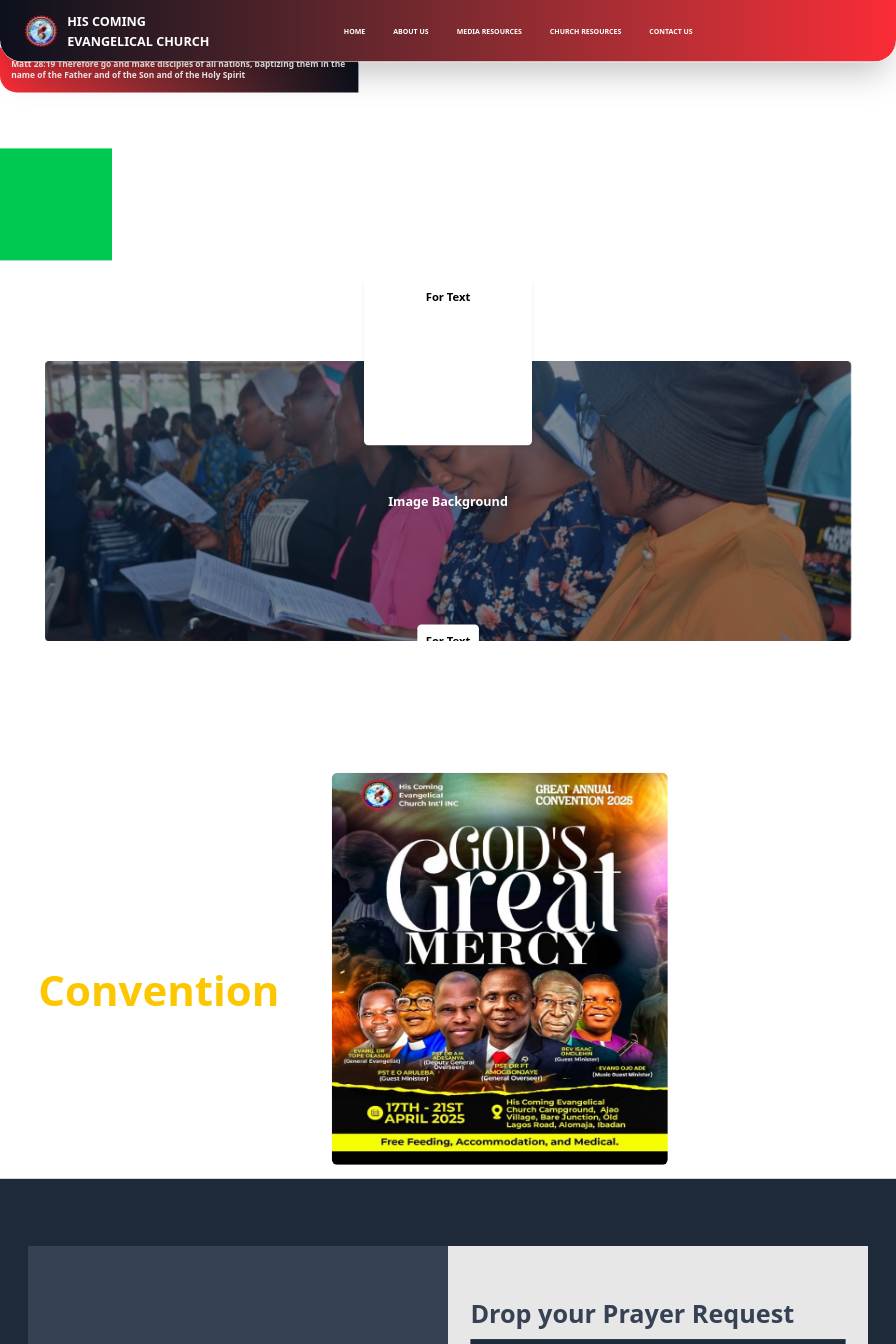
Repository: EmmyDunny1/HCEC-Website
Page: /
An editor plug-in stored every save of this project. The page is shown before and after a run of saves, followed by the edit.
The browser window is 1280 px wide. The pictures show the part of the page from y = 0 to 1920 px (the page is 2832 px tall), at 70% of full size.
The project was rebuilt for these pictures with package versions that can differ from the ones it lists, and the page was loaded fresh each time. The framework's server and built-in components were replaced by stand-ins that run in the browser. Also part of the build but not shown: next.config.ts.

Above is the page before, as saved 2025-07-22 12:20:52.

### app/layout.tsx
import type { Metadata } from "next";
import { Geist, Geist_Mono } from "next/font/google";
import "./globals.css";

const geistSans = Geist({
  variable: "--font-geist-sans",
  subsets: ["latin"],
});

const geistMono = Geist_Mono({
  variable: "--font-geist-mono",
  subsets: ["latin"],
});

export const metadata: Metadata = {
  title: "Official HCEC Website",
  description: "His Coming Evangelical Church Website",
};

export default function RootLayout({
  children,
}: Readonly<{
  children: React.ReactNode;
}>) {
  return (
    <html lang="en">
    <head>
      <link rel="icon" href="/public/assets/HCEC_LOGO.png" />
    </head>
      <body
        className={`${geistSans.variable} ${geistMono.variable} antialiased`}
      >

        {children}
        {/* Footer Component */}
      </body>
    </html>
  );
}

### app/page.tsx

import Navbar from "./components/Navbar";
import Homepage from './Home-page/Homepage';
import Footer from "./components/Footer";


export default function Home() {
  return (
    <div className="justify-center">

       {/* Navbar Component */}
       <Navbar />
      <Homepage />
      <Footer />


    </div>
  );
}

### app/components/Navbar.tsx
"use client";

import React from "react";
import Image from "next/image";
import Link from "next/link";
import { BiMenuAltRight } from "react-icons/bi";

type NavItem = {
  label?: string;
  link?: string;
  children?: NavItem[];
};

type NavbarProps = {
  navItems?: NavItem[];
  churchName?: string;
};

const defaultNavItems: NavItem[] = [
  { label: "HOME", link: "#", children: [{ label: "Upcoming Events", link: "Home-page/Upcoming-Programs" }, { label: "Prayer Requests", link: "Home-page/Prayer-Request" }] },
  { label: "ABOUT US", link: "#", children: [{ label: "Our History", link: "About-Us/our-history" }, { label: "Mission and Vision", link: "About-Us/mission-and-vision" }, { label: "Our Beliefs", link: "About-Us/our-beliefs" }] },
  { label: "MEDIA RESOURCES", link: "#", children: [{ label: "Our Audio & Video Resources", link: "/Media-Resources" },] },
  { label: "CHURCH RESOURCES", link: "#", children: [{ label: "Gospel Hymnal", link: "#" }, { label: "Honey From The Rock", link: "#" }, { label: "Daily Honey", link: "#" }] },
  { label: "CONTACT US", link: "/Contact-Us/Home" },
];

export default function Navbar({
  navItems = defaultNavItems,
  churchName = "His Coming Evangelical Church",
}: NavbarProps) {
  return (
    <div className="bg-[#0C101C]">
      <div className="fixed top-0 bg-gradient-to-r from-[#0C101C] to-red-500 flex max-w-7xl w-full mx-auto text-white p-4 transition-all border-b-1 rounded-b-4xl shadow-2xl hover:border-0">
        <section className="flex transition-all my-auto items-center gap-[19.5rem] md:gap-[0rem]">
          <Image src="/assets/HCEC_LOGO.png" width={80} height={48} alt="HCEC Logo" className="h-[3rem] w-[5rem] object-cover" />
          <span className="hidden md:inline font-bold text-lg uppercase ">
  {churchName.split("Evangelical")[0]}
  <br />
  Evangelical{churchName.split("Evangelical")[1] || ""}
</span>
          <nav className="text-[10px] hidden md:flex md:ml-[12rem] justify-between items-center gap-10">
            {navItems.map((d, i) => (
              <div key={i} className="group relative">
                <Link href={d.link ?? "#"} className="group items-center transition-all relative">
                  <p className="flex cursor-pointer">
                    <span className="font-semibold">{d.label}</span>
                  </p>
                </Link>
                {/* Dropdown */}
                {d.children && (
                  <div className="absolute flex flex-col justify-center left-1/2 transform -translate-x-1/2 top-10 bg-amber-50 text-black w-[11rem] transition-all text-[12px] border-t-4 border-red-500 opacity-0 invisible group-hover:opacity-100 group-hover:visible">
                    {d.children.map((ch, j) => (
                      <a key={j} href={ch.link ?? "#"} className="py-2 px-4 hover:bg-red-500 hover:text-white">
                        {ch.label}
                      </a>
                    ))}
                  </div>
                )}
              </div>
            ))}
          </nav>
          <BiMenuAltRight className="text-2xl md:hidden justify-end" />
        </section>
      </div>
    </div>
  );
}

### app/Home-page/Homepage.tsx
import React from 'react'
import UpcomingPrograms from './Upcoming-Programs/page'

import Image from 'next/image'
import PrayerRequest from '../Contact-Us/Prayer-RequestForm/page'
import HeroSection from '../Hero-Section/page'





export default function Homepage() {
  return (
    <div>
 <Image src="/assets/HCEC_LOGO.png" width={80} height={48} alt="HCEC Logo" className="h-[3rem] w-[5rem] object-cover mb-5" />
  <p className='bg-gradient-to-r from-red-500 to-[#0C101C] justify-start text-xs md:text-md text-white p-4 my-5 max-w-[20rem] md:max-w-lg rounded-tr-3xl rounded-bl-3xl font-bold mb-[5rem]'>Matt 28:19

    Therefore go and make disciples of all nations, baptizing them in the name of the Father and of the Son and of the Holy Spirit</p>

<div className='hover:'>    <div className='relative h-[10rem] w-[10rem] bg-green-500 z-10 '></div>
    <div className='absolute h-[10rem] w-[10rem] bg-red-500 mt-[-10rem] hover:transition-transform  hover:translate-y-[10px] hover:translate-x-[-10px]
     '></div>
</div>
    <HeroSection/>
  <div>
    <UpcomingPrograms />
    <PrayerRequest />
    </div>

    </div>
  )

}

### app/components/Footer.tsx
import React from 'react';
import Image from 'next/image';
import { FaFacebookF, FaTwitter, FaInstagram, FaYoutube } from 'react-icons/fa';

export default function Footer() {
  return (
    <footer className="bg-[#0C101C] text-white py-10">
      <div className="container mx-auto px-4 flex flex-col items-center justify-center gap-8 text-center">
        {/* Logo and Socials */}
        <div className="flex flex-col items-center">
         <a href="#"><Image
            src="/assets/HCEC_LOGO.png"
            alt="HCEC Logo"
            width={120}
            height={60}
            className="mb-4"
          /></a>

          <div>
            <p className="font-semibold mb-4">Follow Us</p>
            <div className="flex justify-center space-x-4 text-xl transition-all duration-100">
              <a href="https://www.facebook.com/profile.php?id=100067408456230&mibextid=ZbWKwL" aria-label="Facebook" className="hover:text-blue-400 hover:border-2 rounded-md hover:p-1"><FaFacebookF /></a>
              <a href="#" aria-label="Twitter" className="hover:text-blue-400 hover:border-2 rounded-md hover:p-1"><FaTwitter /></a>
              <a href="#" aria-label="Instagram" className="hover:text-pink-400 hover:border-2 rounded-md hover:p-1 hover:border-red-500"><FaInstagram /></a>
              <a href="#" aria-label="YouTube" className="hover:text-red-500 hover:border-b-2 hover:border-2 rounded-md hover:p-1 hover:border-red-500"><FaYoutube /></a>
            </div>
          </div>
        </div>
        {/* Copyright */}
        <div className="mt-8 ">
          <p className="text-md">
            © {new Date().getFullYear()} His Coming Evangelical Church. All rights reserved.
          </p>
        </div>
      </div>
    </footer>
  );
}

### app/Home-page/Upcoming-Programs/page.tsx
import React from 'react';
import Image from 'next/image'; // Import the Next.js Image component


export default function UpcomingPrograms() {
  return (
    <div className='text-white'>
      <div className='flex justify-center items-center mx-auto'>
        <h1 className='uppercase text-center text-7xl md:text-4xl font-bold mb-[4rem]'>our upcoming programs</h1>
      </div>
      <div className='flex flex-col md:flex-row justify-center mx-auto items-center'>
       {/* Program description */}
       <div className=' p-5 m-5 w-full md:w-1/3'>
          <h2 className='text-center justify-center text-4xl md:text-6xl font-bold items-center'>Great Annual <span className='text-yellow-400'>Convention</span> 2025</h2>
        </div>
     {/* Convention flier */}
        <div className='rounded-lg p-5 w-full md:w-2/3'>
          <Image
            src='/assets/Convention.jpg'
            alt="Convention"  width={80}
  height={48}
            className='w-full h-full md:w-[30rem] md:h-[35rem] object-fill rounded-lg'

          />
        </div>

      </div>

    </div>
  );
}

### app/Contact-Us/Prayer-RequestForm/page.tsx
'use client'

import React, { useState } from 'react';
import emailjs from 'emailjs-com';


export default function PrayerRequestForm() {
  const [formData, setFormData] = useState({
    name: '',
    email: '',
    phone: '',
    country: 'Nigeria',
    state: '',
    city: '',
    request: ''
  });

  const handleChange = (e: React.ChangeEvent<HTMLInputElement | HTMLTextAreaElement | HTMLSelectElement>) => {
    const { name, value } = e.target;
    setFormData(prev => ({ ...prev, [name]: value }));
  };

  const handleSubmit = (e: React.FormEvent) => {
    e.preventDefault();
    emailjs.send(
      'your_service_id',
      'your_template_id',
      formData,
      'your_user_id_or_public_key'
    ).then(() => {
      alert("Prayer request sent!");
      setFormData({
        name: '', email: '', phone: '', country: 'Nigeria', state: '', city: '', request: ''
      });
    }).catch((err) => {
      console.error(err);
      alert("Failed to send request.");
    });
  };

  return (

    <div>   <div className="md:px-10 md:pt-[6rem] md:pb-5 bg-gray-800 shadow-lg min-h-screen"

    >
      <div className="grid grid-cols-1 md:grid-cols-2 bg-black/60 min-h-screen">
        {/* Left: Red Info Section */}
        <div className="bg-gray-700 text-white px-10 flex flex-col justify-center">
          <h2 className="text-3xl font-bold mb-4">Prayer Request</h2>
          <p className="mb-6">
            You can now conveniently submit your prayer requests online, by filling the form or through mail,
            or via a simple phone call. This seamless process ensures that heartfelt intentions reach the dedicated prayer team.
          </p>
          <div className="mb-2">
            📞 <strong>Phone:</strong> +234 916 986 442, +234 906 099 3734
          </div>
          <div>
            📧 <strong>Email:</strong> contactcentre@lfcww.org
          </div>
        </div>

        {/* Right: Form Section */}
        <div className="bg-white/90 p-8 flex flex-col justify-center">
          <h2 className="text-4xl font-bold text-gray-700 mb-4">Drop your Prayer Request</h2>
          <form onSubmit={handleSubmit} className="space-y-4">
            <input name="name" value={formData.name} onChange={handleChange} placeholder="Name" className="w-full p-2 bg-gray-800 text-white" />
            <input name="email" type="email" value={formData.email} onChange={handleChange} placeholder="Email" className="w-full p-2 bg-gray-800 text-white" />
            <input name="phone" value={formData.phone} onChange={handleChange} placeholder="Phone" className="w-full p-2 bg-gray-800 text-white" />
            <select name="country" value={formData.country} onChange={handleChange} className="w-full p-2 bg-gray-800 text-white">
               <option>Nigeria</option>
              <option>Togo</option>
              <option>Benin Republic</option>
              {/* Add more countries */}
            </select>
            <input name="state" value={formData.state} onChange={handleChange} placeholder="State/Province" className="w-full p-2 bg-gray-800 text-white" />
            <input name="city" value={formData.city} onChange={handleChange} placeholder="Town/City" className="w-full p-2 bg-gray-800 text-white" />
            <textarea name="request" value={formData.request} onChange={handleChange} placeholder="Write your prayer request here..." rows={4} className="w-full p-2 bg-gray-800 text-white" />
            <button type="submit" className="w-full bg-red-600 text-white py-2 rounded">Submit Now</button>
          </form>
        </div>
      </div>

    </div>

</div>

  );
}

### app/Hero-Section/page.tsx
import React from 'react'

export default function HeroSection() {
return (
<div className="flex flex-col items-center p-6 ">
{/* Top Text Box */}
<div className="bg-white shadow-md p-4 rounded-md h-[15rem] w-[15rem] mb-[-7.5rem] z-10">
<p className="text-center font-semibold">For Text</p>
</div>

{/* Image Background Section */}
<div className="relative w-full max-w-6xl h-[25rem] mb-10 rounded-md overflow-hidden">
{/* Background Image */}
<div
  className="absolute inset-0 bg-cover bg-center"
  style={{ backgroundImage: "url('/HeroSection.jpg')" }}
/>

{/* Gray Overlay */}
<div className="absolute inset-0 bg-gray-900 opacity-50"></div>

{/* Content on Image */}
<div className="absolute inset-0 flex items-center justify-center z-10">
  <p className="text-white text-lg font-bold">Image Background</p>
</div>

{/* Bottom Text Box */}
<div className="absolute bottom-[-1.5rem] left-1/2 transform -translate-x-1/2 bg-white shadow-md p-3 rounded-md z-20">
  <p className="text-center font-semibold">For Text</p>
</div>
</div>
</div>
)
}

Loaded but not shown: app/globals.css (common file)

After the next 2 saves:
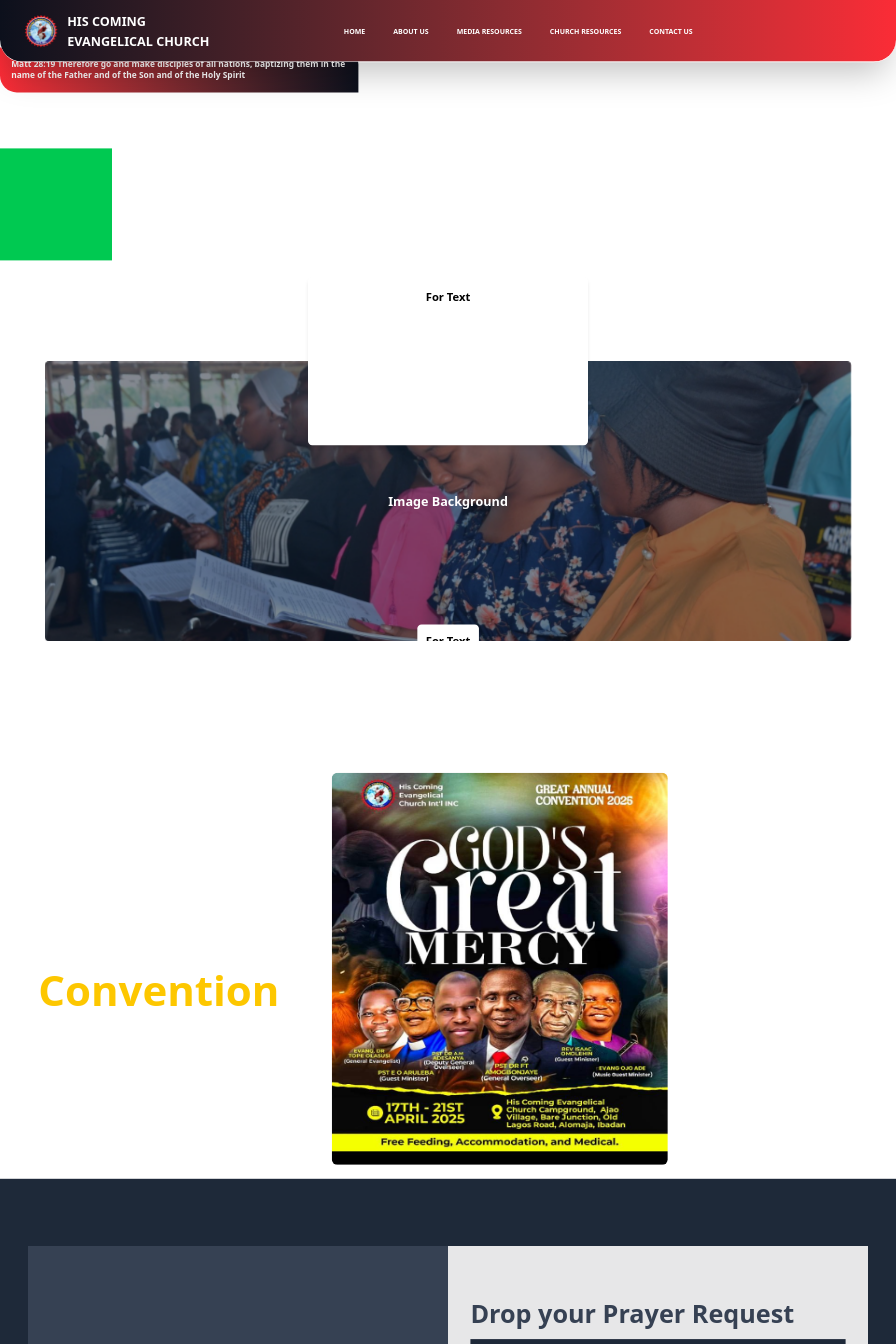
The 2 saves are shown as one change because they came seconds apart.
The last was saved 67 s later.
--- a/app/Hero-Section/page.tsx
+++ b/app/Hero-Section/page.tsx
@@ -4,7 +4,7 @@
 return (
 <div className="flex flex-col items-center p-6 ">
 {/* Top Text Box */}
-<div className="bg-white shadow-md p-4 rounded-md h-[15rem] w-[15rem] mb-[-7.5rem] z-10">
+<div className="bg-white shadow-md p-4 rounded-md h-[15rem] w-[25rem] mb-[-7.5rem] z-10">
 <p className="text-center font-semibold">For Text</p>
 </div>
 
